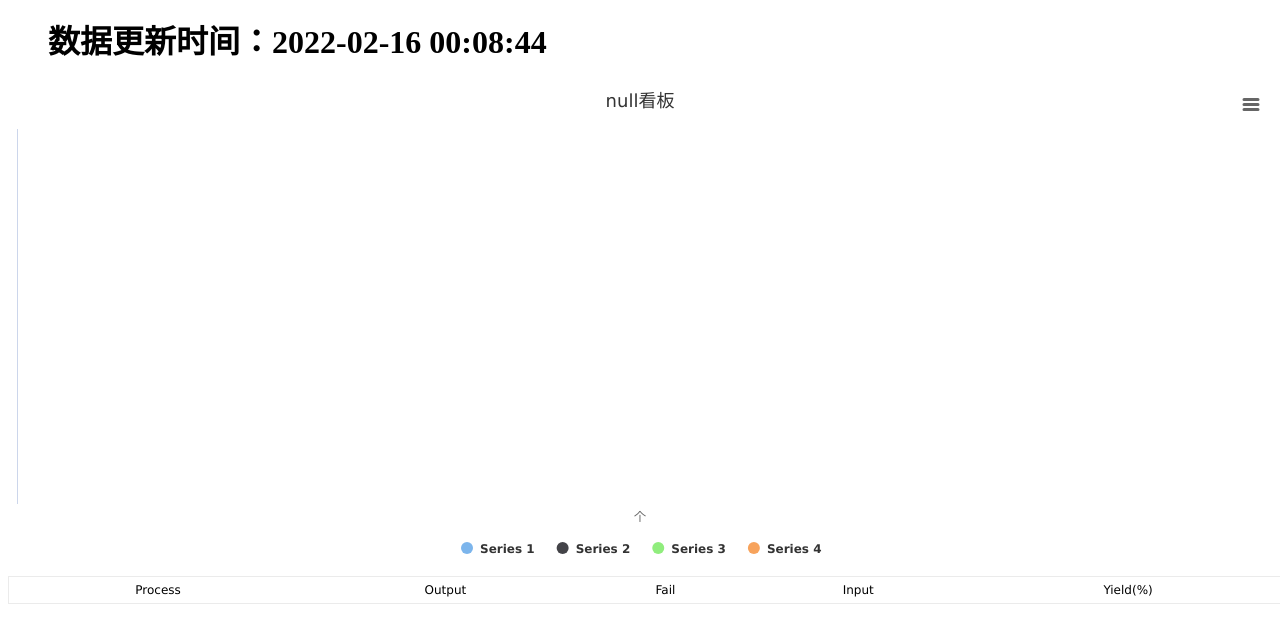
Repository: zxj19880502/mycode
Page: http://localhost/test1/line.jsp
The author's editor kept a copy of each file at every save. The page is drawn from the files as they stood at one save, then again after the next save.
The browser window is 1280 px wide. The pictures show the whole page.
The page is served by Tomcat 9. Queries for data that is not in the repository find no rows.

Above is the page before, as saved 2022-04-02 02:08:22.

### apache-tomcat-8.5.73/webapps/ROOT/test1/line.jsp
<%@ page contentType="text/html;charset=utf-8" language="java" errorPage="" %>
 <%@ page import="java.text.*"%>
<%@ page import="java.sql.*" %>
 <%@page import="java.util.*"%>

 <meta http-equiv="refresh" content="300">

<html>

<head>

  <title>线别查询</title>


 <style type="text/css">
#container {
    height: 70%;
}

.highcharts-figure,
.highcharts-data-table table {
    min-width: 100%;
    max-width: 100%;
    margin: 1em auto;
}



#datatable caption {
    padding: 1em 0;
    font-size: 1.2em;
    color: #555;
}

#datatable th {
    font-weight: 600;
    padding: 0.5em;
}

#datatable td,
#datatable th,
#datatable caption {
    padding: 0.5em;
}


		</style>



</head>
<body>


<%

Class.forName("oracle.jdbc.driver.OracleDriver");
Connection connection=DriverManager.getConnection("jdbc:oracle:thin:@172.22.24.119:1521:ledmes","sajet","tech");
Statement stmt=connection.createStatement();
String path = request.getContextPath();
String basePath = request.getScheme()+"://"+request.getServerName()+":"+request.getServerPort()+path+"/";
String name = request.getParameter("line");//用request得到
String starday = request.getParameter("day");//用request得到
String startime = request.getParameter("time");//用request得到
String endday = request.getParameter("endday");//用request得到
String endtime = request.getParameter("endtime");//用request得到
String datetime = new SimpleDateFormat("yyyy-MM-dd HH:mm:ss").format(Calendar.getInstance().getTime());//系统时间

ResultSet rs=stmt.executeQuery("SELECT PROCESS_NAME,SUM(PASS_QTY)as good,sum(FAIL_QTY) as Fail,sum(PASS_QTY+FAIL_QTY)as input,round(decode(SUM(PASS_QTY),0,0,(SUM(PASS_QTY)/(sum(PASS_QTY+FAIL_QTY)))*100),2)as Yield from input_qtyc where PDLINE_NAME='"+name+"'AND WORK_DATE||WORK_TIME between to_CHAR('"+startime+""+starday+"')and to_char('"+endtime+""+endday+"') GROUP BY PROCESS_NAME ORDER BY Fail DESC   ");

%>

<figure class="highcharts-figure">
<tr><td><h1>&nbsp;&nbsp;&nbsp;&nbsp;&nbsp;数据更新时间：<%=datetime %></h1></td></tr>
    <div id="container"></div>

<table  id="datatable" style="position:absolute;width: 100%;font-family: Verdana, sans-serif;border-collapse: collapse;border: 1px solid #ebebeb;text-align: center;font-size:12px">
    <tr>
        <td>Process</td>
       <td>Output</td>
         <td>Fail</td>
        <td>Input</td>
        <td>Yield(%)</td>
    </tr>
    <% while(rs.next()){ %>

    <tr  >
        <td><%=rs.getString(1)%></td>
        <td ><%=rs.getString(2)%></td>
        <td ><%=rs.getString(3)%></td>
         <td><%=rs.getString(4)%></td>
        <td><%=rs.getString(5)%></td>
    </tr>


    <% } %>

</table>

<script type="text/javascript">
window.onload = function() {
    // 第3列
    var column_num = 3;

    // 获取元素
    var table = document.getElementById("datatable"),
        rows = table.getElementsByTagName("tr");

    // 循环表格
    for(var i = 0; i < rows.length; i++) {
        var cells = rows[i].getElementsByTagName("td");
        for(var c = 0; c < cells.length; c++) {
            // 对应列
            if(c + 1 === column_num
                // 判断是否大于 0
                && parseFloat(cells[c].innerHTML) > 0 && parseFloat(cells[c].innerHTML)<= 10) {
                // 两者均成立，改变颜色
                rows[i].style.background = "#f7c017";
                rows[i].style.border = "1px";
                // 检查下一行
                break;
            }
            if(c + 1 === column_num
                    // 判断是否大于 0
                    && parseFloat(cells[c].innerHTML) > 10 ) {
                    // 两者均成立，改变颜色
                    rows[i].style.background = "#f73c17";
                    rows[i].style.border = "1px";
                    // 检查下一行
                    break;
                }
            if(c + 1 === column_num
                    // 判断是否大于 0
                    && parseFloat(cells[c].innerHTML) === 0) {
                    // 两者均成立，改变颜色
                    rows[i].style.background = "#37f717";
                    rows[i].style.border = "1px";
                    // 检查下一行
                    break;
                }
        }
    }
};
</script>

 </figure>





 <script src="highcharts.js"></script>
<script src="data.js"></script>
<script src="exporting.js"></script>
<script src="accessibility.js"></script>

 <script type="text/javascript">
Highcharts.chart('container', {
    data: {

        table: 'datatable'

    },
    chart: {
        type: 'bar'
    },

    yAxis: {
        allowDecimals: false,
        title: {
            text: 'Units'
        }
    },
    title: {
		text: '<%=name %>看板'
		// 该功能依赖 data.js 模块，详见https://www.hcharts.cn/docs/data-modules
	},
	yAxis: {
		allowDecimals: false,
		title: {
			text: '个',
			rotation: 0
		}
	},
	credits:{
	     enabled: false // 禁用版权信息
	},

    tooltip: {
        formatter: function () {
            return '<b>' + this.series.name + '</b><br/>' +
                this.point.y + ' ' + this.point.name.toLowerCase();
        }
    }

});
		</script>

</body>
</html>

Loaded but not shown: apache-tomcat-8.5.73/webapps/ROOT/test1/highcharts.js (library); apache-tomcat-8.5.73/webapps/ROOT/test1/data.js (library); apache-tomcat-8.5.73/webapps/ROOT/test1/exporting.js (library); apache-tomcat-8.5.73/webapps/ROOT/test1/accessibility.js (library)

After the next save:
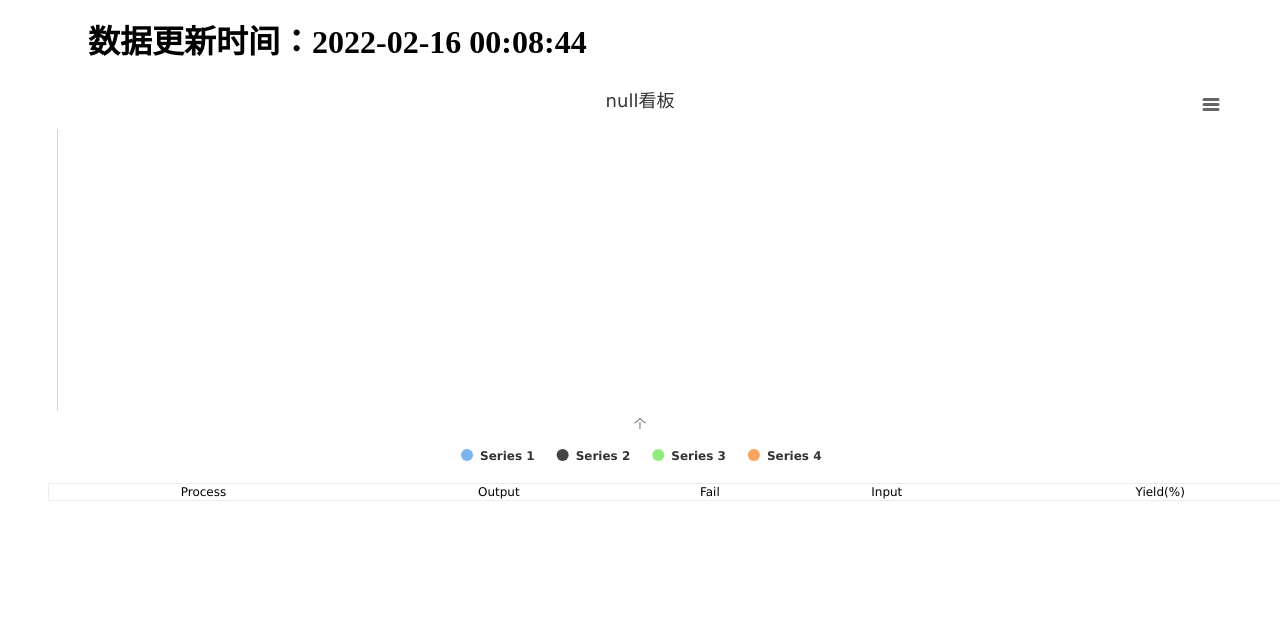
Saved 73 s later.
--- a/apache-tomcat-8.5.73/webapps/ROOT/test1/line.jsp
+++ b/apache-tomcat-8.5.73/webapps/ROOT/test1/line.jsp
@@ -12,39 +12,6 @@
   <title>线别查询</title>
 
 
- <style type="text/css">
-#container {
-    height: 70%;
-}
-
-.highcharts-figure,
-.highcharts-data-table table {
-    min-width: 100%;
-    max-width: 100%;
-    margin: 1em auto;
-}
-
-
-
-#datatable caption {
-    padding: 1em 0;
-    font-size: 1.2em;
-    color: #555;
-}
-
-#datatable th {
-    font-weight: 600;
-    padding: 0.5em;
-}
-
-#datatable td,
-#datatable th,
-#datatable caption {
-    padding: 0.5em;
-}
-
-
-		</style>
 
 
 
